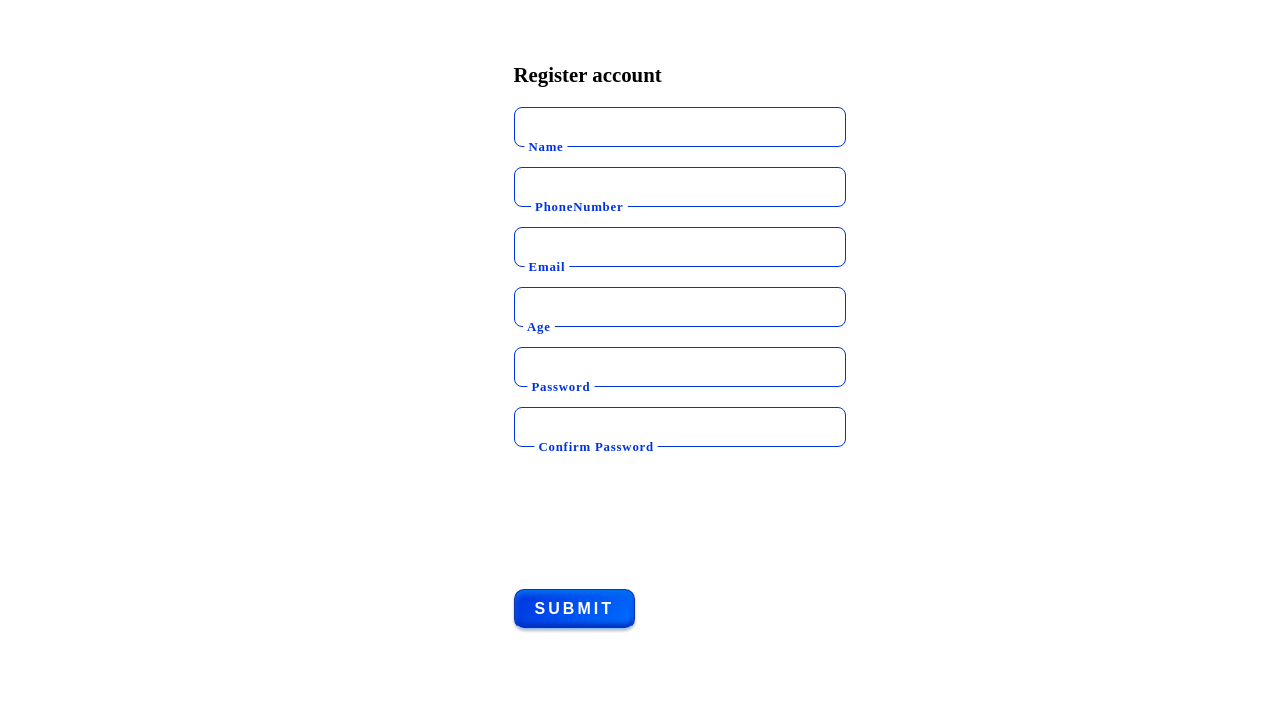
Repository: PeruriNaresh/Bank_Project
Page: http://localhost/bank_project/register.jsp
The author's editor kept a copy of each file at every save. The page is drawn from the files as they stood at one save, then again after the next save.
The browser window is 1280 px wide. The pictures show the whole page.
The page is served by Tomcat 9.

Above is the page before, as saved 2024-10-24 14:42:54.

After the next save:
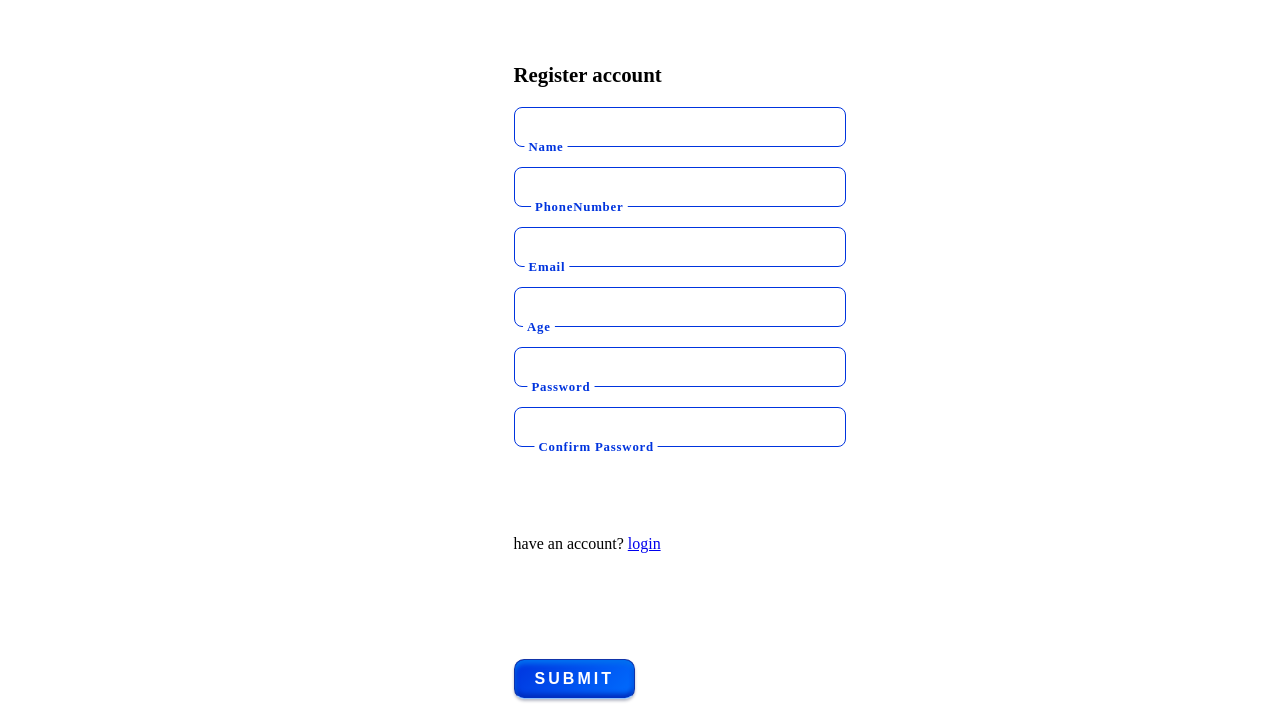
Saved 118 s later.
--- a/bank_project/src/main/webapp/register.jsp
+++ b/bank_project/src/main/webapp/register.jsp
@@ -143,6 +143,7 @@
     {
     	out.println(msg);
     }%></p>
+    <p>have an account? <a href="login.jsp">login</a></p>
     <p style="opacity:0;display:inline" id="msg">passwords doesnot match</p>
      <div class="btn-container">
       <button class="btn" disabled>Submit</button>
